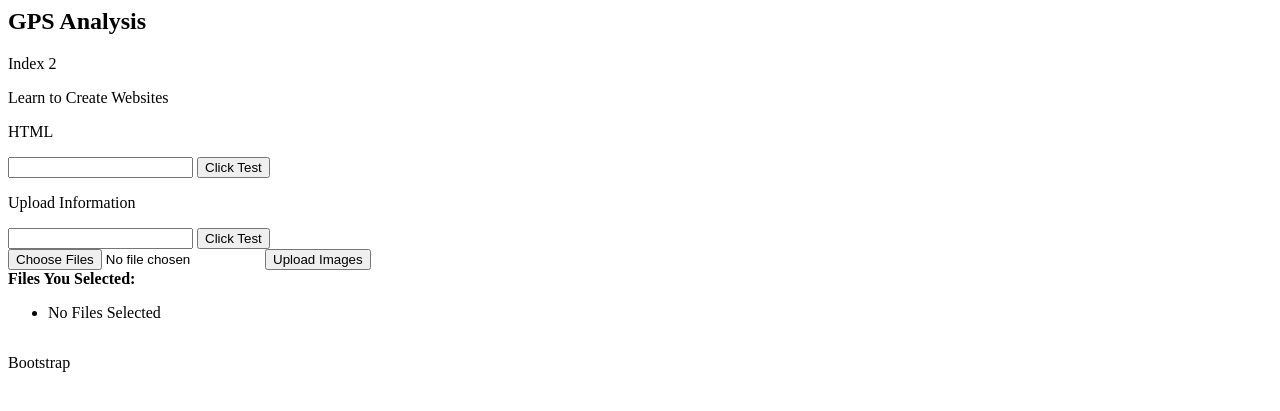
Repository: hanjangchen/Raspberry
Page: prjGAEGPSAnalysis/prjGPSAnalysis/src/static/my_ng_templates/desktop/index_data_analysis.html
The author's editor kept a copy of each file at every save. The page is drawn from the files as they stood at one save, then again after the next save.
The browser window is 1280 px wide. The pictures show the whole page.

Above is the page before, as saved 2014-11-02 22:28:30.
Console error: ReferenceError: $ is not defined

### prjGAEGPSAnalysis/prjGPSAnalysis/src/static/my_ng_templates/desktop/index_data_analysis.html
<!-- sub-template for index page -->
<div>
	<h2>GPS Analysis</h2>
	<my-index-gps-data>
	<p>Index 2</p>
	</my-index-gps-data>
</div>

<!-- content block -->
<div class="container-fluid" ng-controller = "myIndexTwoCtrl as ctrl">
	<div class="jumbotron">
		<p>Learn to Create Websites</p>
	</div>
	<div class="row">
		<div class="col-xs-4 col-sm-4 col-md-4 col-lg-4 ">
			<p>HTML</p>
			<input type="text" ng-model="images_data_to_upload">
			<input type="button" value="Click Test" ng-click= "ctrl.upload_img_to_blobstore()" >
		</div>
		<div class="col-xs-4 col-sm-4 col-md-4 col-lg-4 text-center">
			<p>Upload Information</p>
			<div class="col-xs-12 col-sm-12 col-md-12 col-lg-12 form-group text-center">
				<input type="text" ng-model="images_data_to_upload" class="col-xs-12 col-sm-12 col-md-12 col-lg-12 form-control ">
				<input type="button" value="Click Test" ng-click= "ctrl.upload_img_to_blobstore()" class="col-xs-12 col-sm-12 col-md-12 col-lg-12 btn btn-default " >
			</div>
			<div class="col-xs-12 col-sm-12 col-md-12 col-lg-12 form-group text-center">
				<input type="file" id="images_for_upload" name="images_for_upload"
					multiple="true" value="Add Images" accept="image/*"
					required="required" class="col-xs-12 col-sm-12 col-md-12 col-lg-12 btn btn-default " >

				<input type="button" id="btn_upload"
					value="Upload Images" class="col-xs-12 col-sm-12 col-md-12 col-lg-12 btn btn-default">
			</div>
			<div class="col-xs-12 col-sm-12 col-md-12 col-lg-12 ">
				<strong>Files You Selected:</strong>
				<ul id="files_list">
					<li>No Files Selected</li>
				</ul>
			</div>
			<div class="col-xs-12 col-sm-12 col-md-12 col-lg-12 ">
				<table id="photo_table">
				</table>
			</div>
		</div>
		<div class="col-xs-4 col-sm-4 col-md-4 col-lg-4">
			<p>Bootstrap</p>
		</div>
	</div>
</div>

<!-- js libs -->
<script type="text/javascript" src="/js/plugin_mis/numeric-1.2.6.min.js"></script>
<script type="text/javascript" src="/js/plugin_mis/particle_swarm_optimization.js"></script>
<script type="text/javascript" src="/js/index_2.js"></script>

### prjGAEGPSAnalysis/prjGPSAnalysis/src/static/javascripts/plugin_mis/particle_swarm_optimization.js
/*
 *  Particles Swarm Optimization
 *  This is a standard PSO to find out optimal solution through out the stochastic spaces
 *  PS: Current test function is (0.007 * x_1 * (-x_2 -1)) * ( cos(x_1 + 0.3) - sin(x_2))+(1 - sin(x_1)) and the optimal value is around -1.798
 * */

var particles_swarm_optimization = {

		// configuration
		config : {
			parameters_range : [[-15, -15],[15, 15]], // ranges of particles;
														// row 1 represent low
														// boundary and row 2
														// represent up boundary
			particles_size : 60, // size of particles swarm
			iteration : 50, // iteration number
			max_min_factor : -1, // 1 means to find max; -1 means to find min
			Emax : Number.MAX_VALUE, // maximum value
			Emin : -Number.MAX_VALUE, // minimum value
			Type : 0, // 0 for real number; 1 for integer

			c1 : 2.05, // cognitive parameter (original value; would be
						// replaced by linear change)
			c2 : 4.1 - 2.05, // c2 = 4.1 - c1 // social parameter (original
								// value; would be replaced by linear change)
			constriction_factor : 0.729, // constrain factor

			diff_of_ranges : [], // ranges of each parameter (from low
									// boundary to up boundary)
			up_boundaries : [], //
			low_boundaries : [], // low boundary

			particles_values : [], // values set of particles
			particles_initial_values : [], // initial values set of particles

			particles_velocity : [], // velocity set of particles
			particles_initial_velocity : [], // can be zero or certain
												// reasonable values based on
												// each particle range

			performance_index_set : [], // performance index set
			performance_initial_index_set : [], // initial performance index set

			learning_rate : 0, // learning rate
			learning_rate_self_param_min : 0.4, // minimum learning rate of
												// particle itself
			learning_rate_self_param_max : 0.9, // maximum learning rate of
												// particle itself
			learning_rate_cognitive_min : 1.9, // minimum learning rate of
												// cognitive parameter
			learning_rate_cognitive_max : 2.1, // maximum learning rate of
												// cognitive parameter
			learning_rate_cognitive : 0,
			learning_rate_social : 0,
			learning_rate_self : 0,

			min_cost : 0, // minimum cost
			min_cost_set : [],
			mean_cost : 0, // mean value
			mean_cost_set : [],
			RMS_cost : 0, // root-mean-square cost
			RMS_cost_set : [],

			local_optimal : 0, // local optimal
			index_local_optimal : 0, // index of global optimal in particles
										// set
			global_optimal : 0, // global optimal
			index_global_optimal : 0, // index of global optimal
			local_optimal_value_set : [],
			local_optimal_particles_set : [],
			global_optimal_value_set : [],
			global_optimal_particles_set : [],

		},

		// initialization function
		init_pso : function(){
			/* new */
			this.config.low_boundaries = this.config.parameters_range[0];
			this.config.up_boundaries = this.config.parameters_range[1];
			this.config.diff_of_ranges = numeric.sub(this.config.up_boundaries, this.config.low_boundaries);

			// init particles' values
			this.config.particles_values = numeric.random([this.config.particles_size, this.config.parameters_range[0].length]);
			this.config.particles_values = numeric.dotMMbig(this.config.particles_values, [[this.config.diff_of_ranges[0], 0], [0, this.config.diff_of_ranges[1]]]);
			var temp_low_boundaries_matrix = numeric.rep([this.config.particles_size], this.config.low_boundaries);
			this.config.particles_values = numeric.add(this.config.particles_values, temp_low_boundaries_matrix);

			// init particles velocity
			this.config.particles_velocity = numeric.rep([this.config.particles_size], [0, 0]);

			// evaluate init particles set
			for(var ith = 0; ith < this.config.particles_size; ith++){
				temp_particle_values = this.config.particles_values[ith];

				var performance_index = (0.007 * temp_particle_values[0] * (-temp_particle_values[1]-1)) * (Math.cos(temp_particle_values[0]+0.3) - Math.sin(temp_particle_values[1]))+(1-Math.sin(temp_particle_values[0]));
				if (performance_index > this.config.Emax){
					performance_index = this.config.Emax;
				}
				if (performance_index < this.config.Emin){
					performance_index = this.config.Emin;
				}
				this.config.performance_initial_index_set.push(performance_index);
			}

			// update optimal
			var temp_cost = numeric.mul(- this.config.max_min_factor, this.config.performance_initial_index_set);
			this.config.min_cost = Math.min.apply(Math, temp_cost);
			this.config.min_cost_set = numeric.rep([this.config.particles_size], this.config.min_cost);
			this.config.global_optimal = this.config.min_cost;
			var temp_min_index = temp_cost.indexOf(this.config.min_cost);
			var temp_optimal_particle = this.config.particles_values[temp_min_index];

			this.config.local_optimal_particles_set = numeric.rep([this.config.particles_size], temp_optimal_particle);
			this.config.global_optimal_particles_set = this.config.local_optimal_particles_set;
			this.config.local_optimal_value_set = numeric.rep([this.config.particles_size], this.config.min_cost);

			this.config.mean_cost = numeric.sum(temp_cost) / this.config.particles_size;

		},

		// go through iteration
		go_iteration : function(){
			for(var ith = 0; ith < this.config.iteration; ith++ ){
				this.config.learning_rate_self = this.config.learning_rate_self_param_max - (this.config.learning_rate_self_param_max - this.config.learning_rate_self_param_min) * (ith + 1) / this.config.iteration;

				this.config.learning_rate_cognitive = this.config.learning_rate_cognitive_max - (this.config.learning_rate_cognitive_max - this.config.learning_rate_cognitive_min) * (ith + 1) / this.config.iteration; //
				this.config.learning_rate_social = 4.1 - this.config.learning_rate_cognitive;

				var random_factor_cognitive = numeric.random([this.config.particles_size, this.config.parameters_range[0].length]);
				var random_factor_social = numeric.random([this.config.particles_size, this.config.parameters_range[0].length]);

				var temp_updated_velocity = [];
				var updated_self_learning_rate = numeric.mul(this.config.learning_rate_self, this.config.particles_velocity);

				var updated_cognitive_learning_rate = numeric.sub(this.config.local_optimal_particles_set, this.config.particles_values );
				updated_cognitive_learning_rate = numeric.mul(this.config.learning_rate_cognitive, random_factor_cognitive, updated_cognitive_learning_rate);

				var updated_social_learning_rate = numeric.sub(this.config.global_optimal_particles_set, this.config.particles_values);
				updated_social_learning_rate = numeric.mul(this.config.learning_rate_social, random_factor_social, updated_social_learning_rate);

				temp_updated_velocity = numeric.add(updated_self_learning_rate, updated_cognitive_learning_rate, updated_social_learning_rate);

				// update velocity
				this.config.particles_velocity = numeric.mul(this.config.constriction_factor, temp_updated_velocity);


				// update particles' values
				this.config.particles_values = numeric.add(this.config.particles_values, this.config.particles_velocity);


				// find out values outside boundaries
				var low_boundaries_set = numeric.rep([this.config.particles_size], this.config.low_boundaries);
				var up_boundaries_set = numeric.rep([this.config.particles_size], this.config.up_boundaries);

				var outside_min_boundary = numeric.leq(this.config.particles_values, low_boundaries_set);
				var not_outside_min_boundary = numeric.not(outside_min_boundary);
				var min_replaced_values = numeric.mul(outside_min_boundary, low_boundaries_set);
				var min_original_values = numeric.mul(not_outside_min_boundary, this.config.particles_values);

				this.config.particles_values = numeric.add(min_replaced_values, min_original_values);

				var outside_max_boundary = numeric.geq(this.config.particles_values, up_boundaries_set);
				var not_outside_max_boundary = numeric.not(outside_max_boundary);
				var max_replaced_values = numeric.mul(outside_max_boundary, up_boundaries_set);
				var max_original_values = numeric.mul(not_outside_max_boundary, this.config.particles_values);

				this.config.particles_values = numeric.add(max_replaced_values, max_original_values);

				// evaluate performance
				var temp_particle_values = 0;
				this.config.performance_index_set = [];
				for(var jth = 0; jth < this.config.particles_size; jth++){
					temp_particle_values = this.config.particles_values[jth];

					var performance_index = (0.007 * temp_particle_values[0] * (-temp_particle_values[1] - 1)) * (Math.cos(temp_particle_values[0] + 0.3) - Math.sin(temp_particle_values[1])) + (1 - Math.sin(temp_particle_values[0]));
					if (performance_index > this.config.Emax){
						performance_index = this.config.Emax;
					}
					if (performance_index < this.config.Emin){
						performance_index = this.config.Emin;
					}
					this.config.performance_index_set.push(performance_index);
				}

				//
				var temp_cost_set = numeric.mul(- this.config.max_min_factor, this.config.performance_index_set);


				var temp_better_cost_set = numeric.lt(temp_cost_set, this.config.local_optimal_value_set);
				var not_temp_better_cost_set = numeric.not(temp_better_cost_set);
				var replaced_cost_set = numeric.mul(temp_better_cost_set, temp_cost_set);
				var original_cost_set = numeric.mul(not_temp_better_cost_set, this.config.local_optimal_value_set);
				this.config.local_optimal_value_set = numeric.add(replaced_cost_set, original_cost_set);

				var better_cost_set = numeric.transpose([temp_better_cost_set, temp_better_cost_set]);
				better_cost_set = numeric.mul(better_cost_set, this.config.particles_values);
				var not_better_cost_set = numeric.transpose([not_temp_better_cost_set, not_temp_better_cost_set]);
				not_better_cost_set = numeric.mul(not_better_cost_set, this.config.local_optimal_particles_set);
				this.config.local_optimal_particles_set = numeric.add(better_cost_set, not_better_cost_set);


				var temp_optimal = Math.min.apply(Math, this.config.local_optimal_value_set);
				var temp_optimal_index = this.config.local_optimal_value_set.indexOf(temp_optimal);
				var pre_global_optimal = this.config.global_optimal;
				if (temp_optimal < this.config.global_optimal){
					this.config.global_optimal = temp_optimal;
					this.config.global_optimal_particles_set = numeric.rep([this.config.particles_size], this.config.particles_values[temp_optimal_index]);

					if (Math.abs(temp_optimal - pre_global_optimal) < numeric.epsilon){
						break;
					}
				}
			}
		},

		// start optimization
		start_optimization : function(){
			this.init_pso();
			this.go_iteration();
			console.log(JSON.stringify(this.config.global_optimal,2,2));
		}
}

// test
particles_swarm_optimization.start_optimization();

### prjGAEGPSAnalysis/prjGPSAnalysis/src/static/javascripts/index_2.js
(function(){
	/* JQuery */
	$('#images_for_upload')
			.change(
					function() {

						var input = document.getElementById("images_for_upload");
						var ul = document.getElementById("files_list");
						var toolarge = "";
						var maxsize = 1024000;
						while (ul.hasChildNodes()) {
							ul.removeChild(ul.firstChild);
						}
						for ( var i = 0; i < input.files.length; i++) {

							if (input.files[i].size > maxsize) {
								toolarge += input.files[i].name + "\n";
							} else {
								var li = document.createElement("li");
								li.innerHTML = input.files[i].name;
								ul.appendChild(li);
							}

						}
						if (!ul.hasChildNodes()) {
							var li = document.createElement("li");
							li.innerHTML = 'No Files Selected';
							ul.appendChild(li);
						}

						//
						if (toolarge != "") {
							alert("These images were not uploaded due to size limit of 1MB\n"
									+ toolarge);
						}
					});

	$('#btn_upload').click(function() {
		var input = document.getElementById("images_for_upload");
		var maxsize = 1024000;

		if (input.files.length <= 0) {
			alert('No data for upload');
		} else {
			for ( var i = 0; i < input.files.length; i++) {

				if (input.files[i].size < maxsize) {
					var data = new FormData();
					data.append("image_for_upload", input.files[i]);
					//
					send_imgs(data);
				}
			}
		}
	});

	function send_imgs(filedata) {
		$.ajax({
			url : upload_url,
			data : filedata,
			cache : false,
			contentType : false,
			processData : false,
			type : 'POST',
			success : function(receiveddata) {
				var data = JSON.parse(receiveddata);
				imagelinks = data['img_urls'];
				console.log(imagelinks);
				for ( var i = 0; i < imagelinks.length; i++) {
					$('#photo_table').append(
							'<tr><td><img src='+imagelinks[i]+'></td></tr>');
				}
			}
		});

	}
})();

Loaded but not shown: prjGAEGPSAnalysis/prjGPSAnalysis/src/static/javascripts/plugin_mis/numeric-1.2.6.min.js (library)

After the next save:
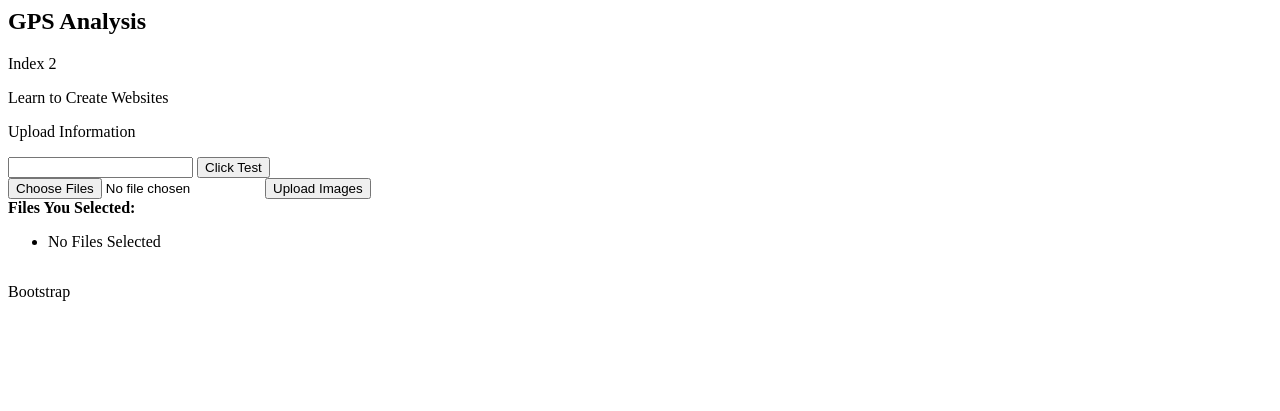
Saved 40 s later.
--- a/prjGAEGPSAnalysis/prjGPSAnalysis/src/static/my_ng_templates/desktop/index_data_analysis.html
+++ b/prjGAEGPSAnalysis/prjGPSAnalysis/src/static/my_ng_templates/desktop/index_data_analysis.html
@@ -12,12 +12,9 @@
 		<p>Learn to Create Websites</p>
 	</div>
 	<div class="row">
-		<div class="col-xs-4 col-sm-4 col-md-4 col-lg-4 ">
-			<p>HTML</p>
-			<input type="text" ng-model="images_data_to_upload">
-			<input type="button" value="Click Test" ng-click= "ctrl.upload_img_to_blobstore()" >
+		<div class="col-xs-2 col-sm-2 col-md-2 col-lg-2 ">
 		</div>
-		<div class="col-xs-4 col-sm-4 col-md-4 col-lg-4 text-center">
+		<div class="col-xs-8 col-sm-8 col-md-8 col-lg-8 text-center">
 			<p>Upload Information</p>
 			<div class="col-xs-12 col-sm-12 col-md-12 col-lg-12 form-group text-center">
 				<input type="text" ng-model="images_data_to_upload" class="col-xs-12 col-sm-12 col-md-12 col-lg-12 form-control ">
@@ -42,7 +39,7 @@
 				</table>
 			</div>
 		</div>
-		<div class="col-xs-4 col-sm-4 col-md-4 col-lg-4">
+		<div class="col-xs-2 col-sm-2 col-md-2 col-lg-2">
 			<p>Bootstrap</p>
 		</div>
 	</div>
